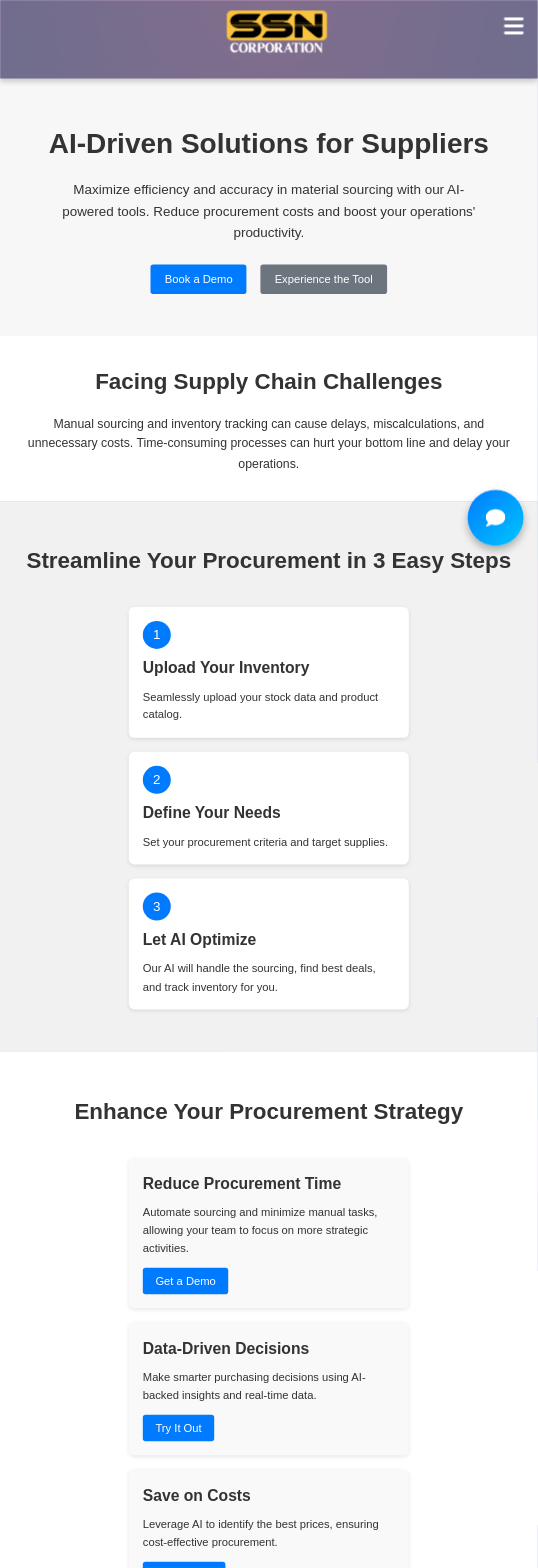
Repository: aabhashbasnet/SSNCorporation
Page: /who-we-serve/suppliers
The author's editor kept a copy of each file at every save. The page is drawn from the files as they stood at one save, then again after the next save.
The browser window is 768 px wide. The pictures show the part of the page from y = 0 to 2240 px (the page is 3691 px tall before and 3014 px after), at 70% of full size.
Pictures or frames that could not be fetched are drawn as grey boxes. The project was rebuilt for these pictures with package versions that can differ from the ones it lists, and the page was loaded fresh each time. Also part of the build but not shown: src/components/Main/Main.jsx, src/components/Working/Working.css, src/components/Working/Working.jsx, src/components/Footer/Footer.jsx, src/pages/OurMission/OurMission.jsx, src/pages/LoginSignUp/LoginSignUp.css, src/pages/LoginSignUp/LoginSignUp.jsx, src/pages/Industries/Industries.jsx and 12 more.

Above is the page before, as saved 2025-02-11 12:37:50.

### src/index.css
/* index.css or App.css */
body {
  margin: 0;
  padding: 0;
  font-family: 'Poppins', sans-serif; /* Optional: Add modern typography */
  /* background: linear-gradient(to bottom, #0a192f, #162447); */
  /* background: linear-gradient(to bottom, #0a192f, #004aad); */
  /* background: radial-gradient(circle at top, #00c6ff, #0072ff, #0a192f);
  background: radial-gradient(circle at top, #ff7e5f, #feb47b, #f4f4f4);
  background: radial-gradient(circle at top, #6a11cb, #2575fc);
  background: radial-gradient(circle at top, #ff416c, #ff4b2b); */
  background: radial-gradient(circle at top, #fbc2eb, #a6c1ee);
  color: white; /* Ensures text is readable */
  min-height: 100vh;
}

### src/App.css
.app-container {
  min-height: 100vh;
  display: flex;
  flex-direction: column;
  background-size: cover;
  background-position: center;
}

### src/components/Main/Main.css
/* Ensure the main content takes up the remaining spaces */
html, body {
  height: 100%;
  margin: 0;
}

/* Main content styling */
.main-content {
  padding: 50px 20px;
  text-align: center; /* Center align the content */
  min-height: calc(100vh - 80px); /* Adjust height to fill the remaining space after navbar */
  display: flex;
  flex-direction: column;
  justify-content: center;
  align-items: center; /* Ensure content is centered horizontally */
}

/* Headline styling */
.headline {
  font-family: Verdana, Geneva, Tahoma, sans-serif;
  font-size: 72px; /* Increased font size */
  font-weight: bold;
  color: #333; /* Dark color for readability */
  margin-bottom: 20px;
  line-height: 1.2;
  white-space: normal; /* Allow line breaks */
  display: inline-block; /* Make it an inline-block element */
  max-width: 90%; /* Set a max-width for better control */
}

/* Description styling */
.description {
  font-size: 18px;
  font-weight: bolder;
  color: white; /* Slightly lighter color */
  max-width: 800px; /* Set max-width to avoid overly long lines */
  margin: 0 auto; /* Center align */
  line-height: 1.6;
}

.instant {
  color: red;
}

/* Button container styling */
.button-container {
  display: flex;
  gap: 20px; /* Add space between buttons */
  justify-content: center;
  margin-top: 20px;
  flex-wrap: wrap; /* Ensure buttons wrap on small screens */
  align-items: center; /* Center the buttons */
}

/* Button base styling */
.button {
  padding: 12px 30px;
  font-size: 16px;
  font-weight: bold;
  border: none;
  border-radius: 5px;
  cursor: pointer;
  transition: transform 0.3s ease, background-color 0.3s ease;
  display: inline-block;
}

/* Default button styling (for both buttons) */
.button:hover {
  transform: translateY(-3px);
}

/* "Get Started" button styling */
.button.primary {
  background-color: #007bff; /* Blue color */
  color: white;
  font-size: larger;
}

.button.primary:hover {
  background-color: #0056b3; /* Darker blue on hover */
}

/* "Connect with Us" button styling */
.button.connect {
  background-color: #28a745; /* Green color */
  color: white;
}

.button.connect:hover {
  background-color: #218838; /* Darker green on hover */
}

/* Add some responsive styling */
@media (max-width: 768px) {
  .headline {
    font-size: 48px; /* Adjust the headline font size on mobile */
  }

  .description {
    font-size: 16px; /* Adjust description font size on mobile */
    padding: 0 20px; /* Add padding on sides for better readability */
  }

  .button-container {
    flex-direction: column; /* Stack buttons on mobile */
    align-items: center; /* Center align the buttons */
  }

  .button {
    width: 100%; /* Make buttons full width on small screens */
    max-width: 300px; /* Set a maximum width for buttons */
    margin: 10px 0; /* Add margin for space between buttons */
  }
}

### src/components/Footer/Footer.css
.footer {
    background-color: #333;
    background: #2c3e50; /* Dark blue/gray */
    background: radial-gradient(circle at top, #333, #555);
    background: radial-gradient(circle at top, #4b0082, #2c003e);
    background: radial-gradient(circle at top, #2a2a2a, #3b3b3b);
    background: radial-gradient(circle at top, #2a2a2a, #4e4e4e);

    color: white;
    padding: 30px;
  }

  .footer-content {
    display: flex;
    flex-wrap: wrap;
    justify-content: space-around;
    max-width: 1200px;
    margin: 0 auto;
  }

  .footer-section {
    flex: 1 1 30%;
    margin-bottom: 20px;
    text-align: center;
  }

  .logo {
    width: 120px;
    height: auto;
    margin-bottom: 15px;
  }

  .social-links {
    display: flex;
    justify-content: center; /* Center social icons */
    gap: 20px;
  }

  .social-icon {
    font-size: 28px;
    color: white;
    transition: color 0.3s ease;
  }

  .social-icon:hover {
    color: #0e76a8;
  }


  .footer-section h4 {
    font-size: 1.5rem; /* Use rem for scalable font sizes */
    font-weight: bold;
    margin-bottom: 10px;
    color: rgb(11, 240, 11);
    text-transform: uppercase;
  }
  .footer-nav {
    list-style: none;
    padding: 0;
    margin: 0;
  }

  .footer-nav li {
    margin-bottom: 10px;
  }

  .footer-nav a {
    font-size: 1rem;
    color: hsl(0, 0%, 100%);
    text-decoration: none;
    transition: color 0.3s ease;
  }

  .footer-nav a:hover {
    color: #0e76a8;
  }

  .newsletter {
    display: flex;
    flex-direction: column; /* Stack input and button */
    align-items: center; /* Center content horizontally */
  }

  .email-input {
    padding: 10px;
    border: 1px solid #fff;
    border-radius: 5px;
    width: 80%; /* Make input responsive */
    margin-bottom: 10px;
    background-color: #444;
    color: white;
  }

  .subscribe-button {
    padding: 10px 20px;
    background-color: #d31b1b;
    color: white;
    border: none;
    border-radius: 5px;
    cursor: pointer;
    transition: background-color 0.3s ease;
    width: 80%; /* Make button responsive */
  }

  .subscribe-button:hover {
    background-color: #b91b1b;
  }

  @media screen and (max-width: 768px) {
    .footer-section {
      flex: 1 1 100%; /* Each section takes full width on mobile */
      margin-bottom: 20px; /* Add space between sections */
    }

    .newsletter {
      flex-direction: column; /* Stack input and button vertically */
      align-items: center; /* Center the content horizontally */
    }

    .email-input,
    .subscribe-button {
      width: 100%; /* Full width input and button */
    }

    .footer-nav li {
      margin-bottom: 5px; /* Reduce margin between links */
    }
  }

### src/pages/Industries/Industries.css
/* Import Poppins font */
@import url('https://fonts.googleapis.com/css2?family=Poppins:wght@700&display=swap');

.industries-container {
  padding: 5rem 1rem;
}

.industries-title {
  font-family: Arial, Helvetica, sans-serif;
  text-align: center;
  font-size: 2.9rem;
  color: #1f2937;
  margin-bottom: 1rem;
  font-weight: 1000;
}

.industries-subtitle {
  text-align: center;
  color: #4b5563;
  font-size: 1.125rem;
  max-width: 800px;
  margin: 0 auto 3rem;
  line-height: 1.6;
}

.industries-grid {
  display: grid;
  gap: 2rem;
  grid-template-columns: 1fr;
}

.industry-card {
  background: white;
  padding: 2.5rem;
  border-radius: 1rem;
  box-shadow: 0 4px 6px -1px rgba(0, 0, 0, 0.1);
  transition: transform 0.3s ease, box-shadow 0.3s ease;
}

.industry-card:hover {
  transform: translateY(-5px);
  box-shadow: 0 10px 15px -3px rgba(0, 0, 0, 0.1);
}

.icon-container {
  width: 60px;
  height: 60px;
  border-radius: 50%;
  display: flex;
  align-items: center;
  justify-content: center;
  margin-bottom: 1.5rem;
}

.industry-icon {
  font-size: 2.5rem;
  color: white;
}

.industry-title {
  color: #1f2937;
  font-size: 1.5rem;
  margin: 1.5rem 0 1rem;
  font-weight: 600;
}

.industry-description {
  color: #4b5563;
  line-height: 1.6;
  margin-bottom: 1.5rem;
}

.learn-more-btn {
  color: #3b82f6;
  text-decoration: none;
  font-weight: 500;
  display: inline-flex;
  align-items: center;
  gap: 0.5rem;
  transition: color 0.3s ease;
}

.learn-more-btn:hover {
  color: #2563eb;
}

@media (min-width: 768px) {
  .industries-grid {
    grid-template-columns: repeat(2, 1fr);
  }
}

@media (min-width: 1024px) {
  .industries-grid {
    grid-template-columns: repeat(4, 1fr);
  }

  .industries-title {
    font-size: 3rem;
  }

  .industries-subtitle {
    font-size: 1.25rem;
  }
}

### src/pages/Industries/GeneralConstruction.css
/* Reset and base styles */
* {
  margin: 0;
  padding: 0;
  box-sizing: border-box;
}

body {
  background-color: #f5f7fa;
}

/* General section styling */
section {
  padding: 4rem 2rem;
  max-width: 1200px;
  margin: 0 auto;
}

/* Overview section */
.overview-section {
  display: flex;
  gap: 3rem;
  align-items: center;
  min-height: 80vh;
  background: linear-gradient(135deg, #e8f4fd 0%, #f5f7fa 100%);
  border-radius: 20px;
  margin: 2rem auto;
}

.overview-text {
  flex: 1;
}

.overview-text h1 {
  font-size: 3rem;
  margin-bottom: 1.5rem;
  color: #2c3e50;
  line-height: 1.2;
  font-weight: 700;
}

.overview-text p {
  font-size: 1.1rem;
  line-height: 1.6;
  color: #5a6c7d;
  margin-bottom: 1.5rem;
}

.overview-image {
  flex: 1;
  position: relative;
}

.overview-image img {
  width: 100%;
  height: auto;
  border-radius: 15px;
  box-shadow: 0 20px 40px rgba(0, 0, 0, 0.1);
}

/* Features and Benefits section */
.features-benefits {
  background: linear-gradient(135deg, #f5f7fa 0%, #e8f4fd 100%);
  text-align: center;
  padding: 5rem 2rem;
  border-radius: 20px;
  margin: 2rem auto;
}

.features-benefits h2 {
  font-size: 2.5rem;
  color: #2c3e50;
  margin-bottom: 3rem;
  font-weight: 700;
}

.feature-card {
  background: rgba(255, 255, 255, 0.9);
  padding: 2rem;
  border-radius: 10px;
  box-shadow: 0 10px 20px rgba(0, 0, 0, 0.05);
  transition: transform 0.3s ease;
  text-align: center;
}

.feature-card:hover {
  transform: translateY(-5px);
  background: rgba(255, 255, 255, 0.95);
  box-shadow: 0 15px 30px rgba(0, 0, 0, 0.1);
}

.feature-card i {
  font-size: 2.5rem;
  margin-bottom: 1rem;
}

.feature-card h3 {
  font-size: 1.5rem;
  color: #2c3e50;
  margin-bottom: 1rem;
  font-weight: 600;
}

.feature-card p {
  color: #5a6c7d;
  line-height: 1.5;
}

/* CTA section */
.cta-section {
  text-align: center;
  background: linear-gradient(135deg, #3498db, #2980b9);
  color: white;
  border-radius: 15px;
  margin: 2rem auto;
  padding: 4rem 2rem;
  box-shadow: 0 15px 30px rgba(41, 128, 185, 0.2);
}

.cta-section h2 {
  font-size: 2.5rem;
  margin-bottom: 1.5rem;
  font-weight: 700;
}

.cta-section p {
  font-size: 1.2rem;
  margin-bottom: 2rem;
  max-width: 600px;
  margin-left: auto;
  margin-right: auto;
  line-height: 1.6;
}

.cta-button {
  display: inline-block;
  padding: 1rem 2rem;
  font-size: 1.2rem;
  font-weight: 600;
  text-decoration: none;
  color: white;
  background: linear-gradient(135deg, #28a745, #218838);
  border-radius: 30px;
  transition: all 0.3s ease;
  cursor: pointer;
  border: 2px solid transparent;
  box-shadow: 0 4px 15px rgba(40, 167, 69, 0.2);
}

.cta-button:hover {
  transform: scale(1.05);
  box-shadow: 0 6px 20px rgba(40, 167, 69, 0.3);
  background: linear-gradient(135deg, #218838, #28a745);
  color: white;
  border-color: rgba(255, 255, 255, 0.2);
}

/* Responsive Design */
@media (max-width: 1024px) {
  .features-grid {
      grid-template-columns: repeat(2, 1fr);
  }
}

@media (max-width: 768px) {
  .overview-section {
      flex-direction: column;
      text-align: center;
  }

  .overview-text h1 {
      font-size: 2.5rem;
  }

  .features-grid {
      grid-template-columns: 1fr;
  }

  .cta-section h2 {
      font-size: 2rem;
  }
}

@media (max-width: 480px) {
  section {
      padding: 2rem 1rem;
  }

  .overview-text h1 {
      font-size: 2rem;
  }

  .features-benefits h2 {
      font-size: 2rem;
  }

  .feature-card {
      margin: 0;
  }

  .cta-button {
      width: 90%;
      max-width: 300px;
  }
}

### src/pages/Industries/FacilitiesMaintainance.css
/* Reset and base styles */
* {
  margin: 0;
  padding: 0;
  box-sizing: border-box;
}

body {
  background-color: #f5f7fa;
}

/* General section styling */
section {
  padding: 4rem 2rem;
  max-width: 1200px;
  margin: 0 auto;
}

/* Overview section */
.overview-section {
  display: flex;
  gap: 3rem;
  align-items: center;
  min-height: 80vh;
  background: linear-gradient(135deg, #e8f4fd 0%, #f5f7fa 100%);
  border-radius: 20px;
  margin: 2rem auto;
}

.overview-text {
  flex: 1;
}

.overview-text h1 {
  font-size: 3rem;
  margin-bottom: 1.5rem;
  color: #2c3e50;
  line-height: 1.2;
  font-weight: 700;
}

.overview-text p {
  font-size: 1.1rem;
  line-height: 1.6;
  color: #5a6c7d;
  margin-bottom: 1.5rem;
}

.overview-image {
  flex: 1;
  position: relative;
}

.overview-image img {
  width: 100%;
  height: auto;
  border-radius: 15px;
  box-shadow: 0 20px 40px rgba(0, 0, 0, 0.1);
}

/* Features and Benefits section */
.features-benefits {
  background: linear-gradient(135deg, #f5f7fa 0%, #e8f4fd 100%);
  text-align: center;
  padding: 5rem 2rem;
  border-radius: 20px;
  margin: 2rem auto;
}

.features-benefits h2 {
  font-size: 2.5rem;
  color: #2c3e50;
  margin-bottom: 3rem;
  font-weight: 700;
}

.feature-card {
  background: rgba(255, 255, 255, 0.9);
  padding: 2rem;
  border-radius: 10px;
  box-shadow: 0 10px 20px rgba(0, 0, 0, 0.05);
  transition: transform 0.3s ease;
  text-align: center;
}

.feature-card:hover {
  transform: translateY(-5px);
  background: rgba(255, 255, 255, 0.95);
  box-shadow: 0 15px 30px rgba(0, 0, 0, 0.1);
}

.feature-card i {
  font-size: 2.5rem;
  margin-bottom: 1rem;
}

.feature-card h3 {
  font-size: 1.5rem;
  color: #2c3e50;
  margin-bottom: 1rem;
  font-weight: 600;
}

.feature-card p {
  color: #5a6c7d;
  line-height: 1.5;
}

/* CTA section */
.cta-section {
  text-align: center;
  background: linear-gradient(135deg, #3498db, #2980b9);
  color: white;
  border-radius: 15px;
  margin: 2rem auto;
  padding: 4rem 2rem;
  box-shadow: 0 15px 30px rgba(41, 128, 185, 0.2);
}

.cta-section h2 {
  font-size: 2.5rem;
  margin-bottom: 1.5rem;
  font-weight: 700;
}

.cta-section p {
  font-size: 1.2rem;
  margin-bottom: 2rem;
  max-width: 600px;
  margin-left: auto;
  margin-right: auto;
  line-height: 1.6;
}

.cta-button {
  display: inline-block;
  padding: 1rem 2rem;
  font-size: 1.2rem;
  font-weight: 600;
  text-decoration: none;
  color: white;
  background: linear-gradient(135deg, #28a745, #218838);
  border-radius: 30px;
  transition: all 0.3s ease;
  cursor: pointer;
  border: 2px solid transparent;
  box-shadow: 0 4px 15px rgba(40, 167, 69, 0.2);
}

.cta-button:hover {
  transform: scale(1.05);
  box-shadow: 0 6px 20px rgba(40, 167, 69, 0.3);
  background: linear-gradient(135deg, #218838, #28a745);
  color: white;
  border-color: rgba(255, 255, 255, 0.2);
}

/* Responsive Design */
@media (max-width: 1024px) {
  .features-grid {
      grid-template-columns: repeat(2, 1fr);
  }
}

@media (max-width: 768px) {
  .overview-section {
      flex-direction: column;
      text-align: center;
  }

  .overview-text h1 {
      font-size: 2.5rem;
  }

  .features-grid {
      grid-template-columns: 1fr;
  }

  .cta-section h2 {
      font-size: 2rem;
  }
}

@media (max-width: 480px) {
  section {
      padding: 2rem 1rem;
  }

  .overview-text h1 {
      font-size: 2rem;
  }

  .features-benefits h2 {
      font-size: 2rem;
  }

  .feature-card {
      margin: 0;
  }

  .cta-button {
      width: 90%;
      max-width: 300px;
  }
}

### src/pages/WhoWeServe/Suppliers.css
/* Base Styles */
.supplier-section {
    font-family: "Arial", sans-serif;
    line-height: 1.6;
    color: #333;
  }

  /* Hero Section */
  .hero {
    background: #f7f7f7;
    padding: 60px 20px;
    text-align: center;
  }

  .hero-content h1 {
    font-size: 2.5rem;
    margin-bottom: 20px;
  }

  .hero-content p {
    font-size: 1.2rem;
    max-width: 600px;
    margin: 0 auto 30px;
  }

  .hero-buttons {
    margin-top: 20px;
  }

  .hero-buttons button {
    margin: 0 10px;
    padding: 12px 20px;
    font-size: 1rem;
    border: none;
    cursor: pointer;
    transition: background 0.3s ease;
  }

  .cta-demo {
    background: #007bff;
    color: #fff;
    border-radius: 4px;
  }

  .cta-demo:hover {
    background: #0056b3;
  }

  .cta-experience {
    background: #6c757d;
    color: #fff;
    border-radius: 4px;
  }

  .cta-experience:hover {
    background: #5a6268;
  }

  /* Challenges Section */
  .challenges {
    padding: 40px 20px;
    text-align: center;
    background: #fff;
  }

  .challenges h2 {
    font-size: 2rem;
    margin-bottom: 20px;
  }

  .challenges p {
    font-size: 1.1rem;
    max-width: 700px;
    margin: 0 auto;
  }

  /* Process Section */
  .process {
    padding: 60px 20px;
    background: #f1f1f1;
    text-align: center;
  }

  .process h2 {
    font-size: 2rem;
    margin-bottom: 40px;
  }

  .steps {
    display: flex;
    flex-wrap: wrap;
    justify-content: center;
    gap: 20px;
  }

  .step {
    background: #fff;
    border-radius: 8px;
    padding: 20px;
    width: 280px;
    box-shadow: 0 2px 6px rgba(0, 0, 0, 0.1);
    text-align: left;
  }

  .step-number {
    background: #007bff;
    color: #fff;
    width: 40px;
    height: 40px;
    display: inline-flex;
    align-items: center;
    justify-content: center;
    border-radius: 50%;
    font-size: 1.2rem;
    margin-bottom: 10px;
  }

  .step h3 {
    font-size: 1.4rem;
    margin-bottom: 10px;
  }

  .step p {
    font-size: 1rem;
  }

  /* Benefits Section */
  .benefits {
    padding: 60px 20px;
    background: #fff;
    text-align: center;
  }

  .benefits h2 {
    font-size: 2rem;
    margin-bottom: 40px;
  }

  .benefit-container {
    display: flex;
    flex-wrap: wrap;
    justify-content: center;
    gap: 20px;
  }

  .benefit {
    background: #f9f9f9;
    border-radius: 8px;
    padding: 20px;
    width: 280px;
    box-shadow: 0 2px 6px rgba(0, 0, 0, 0.1);
    text-align: left;
  }

  .benefit h3 {
    font-size: 1.4rem;
    margin-bottom: 10px;
  }

  .benefit p {
    font-size: 1rem;
    margin-bottom: 15px;
  }

  .benefit button {
    padding: 10px 18px;
    font-size: 1rem;
    border: none;
    border-radius: 4px;
    background: #007bff;
    color: #fff;
    cursor: pointer;
    transition: background 0.3s ease;
  }

  .benefit button:hover {
    background: #0056b3;
  }

  /* Testimonials Section */
  .testimonials {
    padding: 60px 20px;
    background: #f1f1f1;
    text-align: center;
  }

  .testimonials h2 {
    font-size: 2rem;
    margin-bottom: 40px;
  }

  .testimonial-container {
    display: flex;
    flex-wrap: wrap;
    justify-content: center;
    gap: 20px;
  }

  .testimonial {
    background: #fff;
    border-radius: 8px;
    padding: 20px;
    width: 300px;
    box-shadow: 0 2px 6px rgba(0, 0, 0, 0.1);
  }

  .testimonial-image-container {
    width: 80px;
    height: 80px;
    margin: 0 auto 10px;
    overflow: hidden;
    border-radius: 50%;
  }

  .testimonial-image {
    width: 100%;
    height: 100%;
    object-fit: cover;
  }

  .testimonial p {
    font-size: 1rem;
    margin-bottom: 10px;
    font-style: italic;
  }

  .testimonial span {
    font-size: 0.9rem;
    color: #555;
  }

  /* Categories Section */
  .categories {
    padding: 40px 20px;
    text-align: center;
    background: #fff;
  }

  .categories h2 {
    font-size: 2rem;
    margin-bottom: 20px;
  }

  .categories ul {
    list-style: none;
    padding: 0;
  }

  .categories ul li {
    font-size: 1.1rem;
    margin: 10px 0;
  }

  /* Final Call-to-Action Section */
  .cta-final {
    padding: 60px 20px;
    background: #007bff;
    text-align: center;
    color: #fff;
  }

  .cta-final h2 {
    font-size: 2rem;
    margin-bottom: 20px;
  }

  .cta-buttons button {
    margin: 0 10px;
    padding: 12px 20px;
    font-size: 1rem;
    border: none;
    cursor: pointer;
    border-radius: 4px;
    transition: background 0.3s ease;
  }

  .cta-buttons .cta-demo {
    background: #fff;
    color: #007bff;
  }

  .cta-buttons .cta-demo:hover {
    background: #e6e6e6;
  }

  .cta-buttons .cta-free {
    background: #ffc107;
    color: #333;
  }

  .cta-buttons .cta-free:hover {
    background: #e0a800;
  }

  /* Responsive Styles */
  @media (max-width: 768px) {
    .steps,
    .benefit-container,
    .testimonial-container {
      flex-direction: column;
      align-items: center;
    }

    .step,
    .benefit,
    .testimonial {
      width: 90%;
      max-width: 400px;
    }
  }

Loaded but not shown: public/index.html (common file); src/index.js (common file); src/reportWebVitals.js (common file); src/App.js (63 lines, source omitted); src/components/FloatingChatButton/FloatingChatButton.jsx (177 lines, source omitted); src/components/FloatingChatButton/FloatingChatButton.css (285 lines, source omitted); src/components/Navbar/Navbar.jsx (138 lines, source omitted); src/pages/WhoWeServe/Suppliers.jsx (136 lines, source omitted); src/components/Navbar/Navbar.css (231 lines, source omitted); src/pages/Industries/Paving.css (214 lines, source omitted); src/pages/Industries/Landscaping.css (213 lines, source omitted); src/pages/OurMission/OurMission.css (228 lines, source omitted)

After the next save:
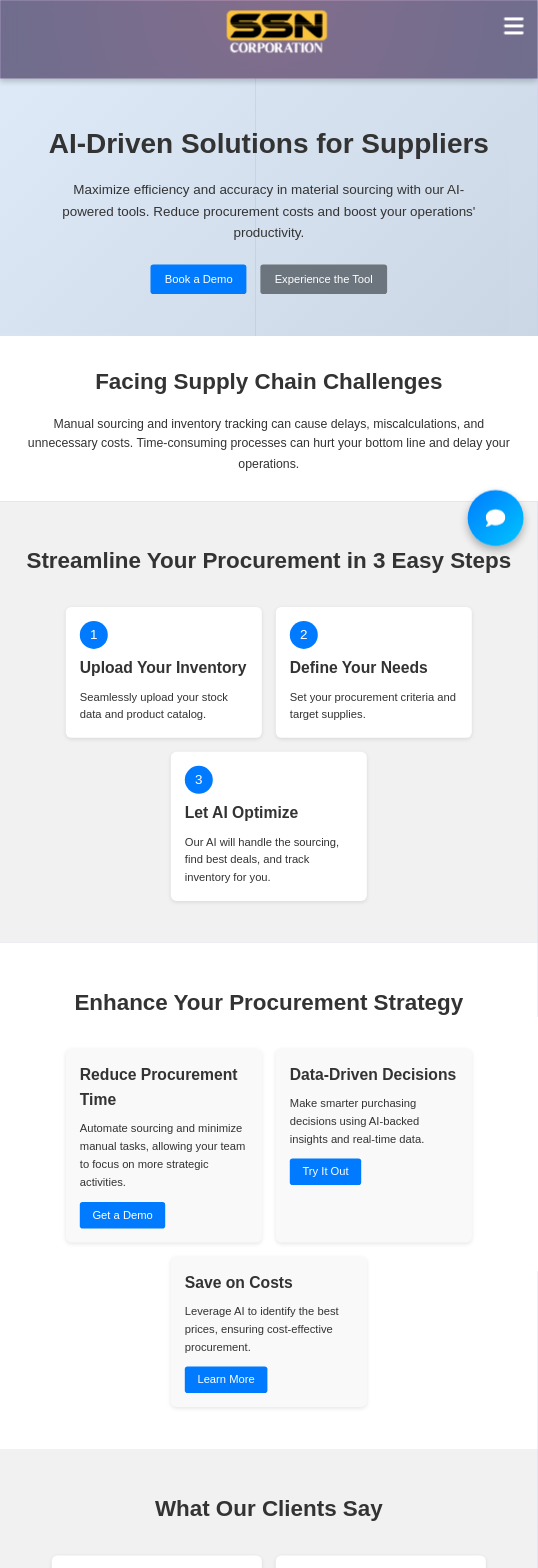
Saved 108 s later.
--- a/src/pages/WhoWeServe/Suppliers.css
+++ b/src/pages/WhoWeServe/Suppliers.css
@@ -7,20 +7,41 @@
 
   /* Hero Section */
   .hero {
-    background: #f7f7f7;
-    padding: 60px 20px;
-    text-align: center;
+    background: linear-gradient(135deg, #f7f7f7 0%, #e2e2e2 100%);
+    padding: 60px 20px;
+    text-align: center;
+    position: relative;
+    overflow: hidden;
+  }
+
+  .hero::before {
+    content: '';
+    position: absolute;
+    top: 0;
+    left: 0;
+    right: 0;
+    bottom: 0;
+    background: rgba(0, 123, 255, 0.1);
+    z-index: 1;
+    animation: fadeIn 1s ease-in-out;
+  }
+
+  .hero-content {
+    position: relative;
+    z-index: 2;
   }
 
   .hero-content h1 {
     font-size: 2.5rem;
     margin-bottom: 20px;
+    animation: slideIn 0.5s ease forwards;
   }
 
   .hero-content p {
     font-size: 1.2rem;
     max-width: 600px;
     margin: 0 auto 30px;
+    animation: fadeIn 0.7s ease forwards;
   }
 
   .hero-buttons {
@@ -33,7 +54,7 @@
     font-size: 1rem;
     border: none;
     cursor: pointer;
-    transition: background 0.3s ease;
+    transition: background 0.3s ease, transform 0.3s ease;
   }
 
   .cta-demo {
@@ -44,6 +65,7 @@
 
   .cta-demo:hover {
     background: #0056b3;
+    transform: translateY(-2px);
   }
 
   .cta-experience {
@@ -54,6 +76,7 @@
 
   .cta-experience:hover {
     background: #5a6268;
+    transform: translateY(-2px);
   }
 
   /* Challenges Section */
@@ -61,6 +84,7 @@
     padding: 40px 20px;
     text-align: center;
     background: #fff;
+    animation: fadeIn 0.5s ease forwards;
   }
 
   .challenges h2 {
@@ -100,6 +124,11 @@
     width: 280px;
     box-shadow: 0 2px 6px rgba(0, 0, 0, 0.1);
     text-align: left;
+    transition: transform 0.3s ease;
+  }
+
+  .step:hover {
+    transform: translateY(-5px);
   }
 
   .step-number {
@@ -150,6 +179,11 @@
     width: 280px;
     box-shadow: 0 2px 6px rgba(0, 0, 0, 0.1);
     text-align: left;
+    transition: transform 0.3s ease;
+  }
+
+  .benefit:hover {
+    transform: translateY(-5px);
   }
 
   .benefit h3 {
@@ -170,11 +204,12 @@
     background: #007bff;
     color: #fff;
     cursor: pointer;
-    transition: background 0.3s ease;
+    transition: background 0.3s ease, transform 0.3s ease;
   }
 
   .benefit button:hover {
     background: #0056b3;
+    transform: translateY(-2px);
   }
 
   /* Testimonials Section */
@@ -202,6 +237,11 @@
     padding: 20px;
     width: 300px;
     box-shadow: 0 2px 6px rgba(0, 0, 0, 0.1);
+    transition: transform 0.3s ease;
+  }
+
+  .testimonial:hover {
+    transform: translateY(-5px);
   }
 
   .testimonial-image-container {
@@ -233,78 +273,4 @@
   .categories {
     padding: 40px 20px;
     text-align: center;
-    background: #fff;
-  }
-
-  .categories h2 {
-    font-size: 2rem;
-    margin-bottom: 20px;
-  }
-
-  .categories ul {
-    list-style: none;
-    padding: 0;
-  }
-
-  .categories ul li {
-    font-size: 1.1rem;
-    margin: 10px 0;
-  }
-
-  /* Final Call-to-Action Section */
-  .cta-final {
-    padding: 60px 20px;
-    background: #007bff;
-    text-align: center;
-    color: #fff;
-  }
-
-  .cta-final h2 {
-    font-size: 2rem;
-    margin-bottom: 20px;
-  }
-
-  .cta-buttons button {
-    margin: 0 10px;
-    padding: 12px 20px;
-    font-size: 1rem;
-    border: none;
-    cursor: pointer;
-    border-radius: 4px;
-    transition: background 0.3s ease;
-  }
-
-  .cta-buttons .cta-demo {
-    background: #fff;
-    color: #007bff;
-  }
-
-  .cta-buttons .cta-demo:hover {
-    background: #e6e6e6;
-  }
-
-  .cta-buttons .cta-free {
-    background: #ffc107;
-    color: #333;
-  }
-
-  .cta-buttons .cta-free:hover {
-    background: #e0a800;
-  }
-
-  /* Responsive Styles */
-  @media (max-width: 768px) {
-    .steps,
-    .benefit-container,
-    .testimonial-container {
-      flex-direction: column;
-      align-items: center;
-    }
-
-    .step,
-    .benefit,
-    .testimonial {
-      width: 90%;
-      max-width: 400px;
-    }
-  }
+    background
